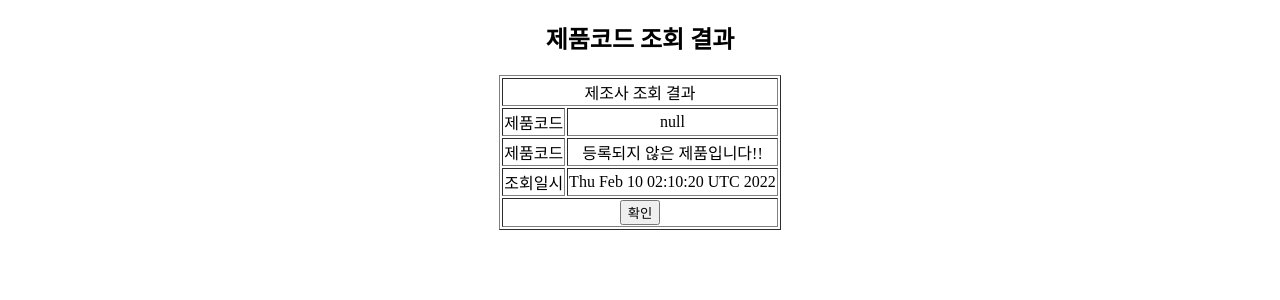
Repository: yyb03054/initProject
Page: http://localhost/examination/result.jsp
These files come from the project's save history. The page is drawn as it stood at one moment and after the next save; the edit follows.
The browser window is 1280 px wide. The pictures show the whole page.
The page is served by Tomcat 9.

Above is the page before, as saved 2022-02-10 04:42:28.

After the next save:
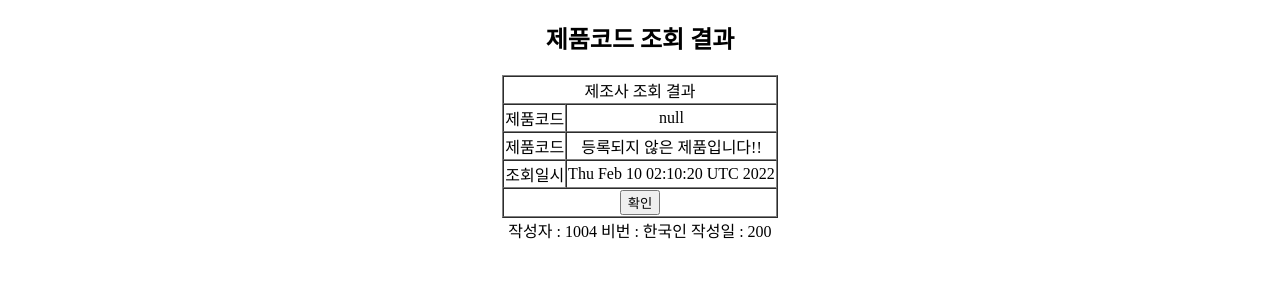
Saved 45 s later.
--- a/examination/WebContent/result.jsp
+++ b/examination/WebContent/result.jsp
@@ -2,7 +2,7 @@
     pageEncoding="UTF-8" import="examination.*"%>
 
 <%
-				/* UserInfo user = new UserInfo(); */
+				UserInfo user = new UserInfo("한국인","1004","200");
 				ProductInfo product = new ProductInfo();
 				String code = request.getParameter("code");
 				product.setCode(code);
@@ -17,7 +17,7 @@
 <body>
 		<form action="result.jsp" id="searchForm" name="searchForm">
 				<h2 align="center">제품코드 조회 결과</h2>
-	   <table border="1" align="center">
+	   <table border="1" align="center" cellspacing="0">
 	   				<tr>
 	   								<td colspan="2" align="center">
 	   												제조사 조회 결과
@@ -55,6 +55,9 @@
 	   								</td>
 	   				</tr>
 	   </table>
+	   <div align="center">
+	   				작성자 : <%=user.getName() %> 비번 : <%=user.getCode() %> 작성일 : <%=user.getDate() %>
+	   </div>
   </form>
 </body>
 </html>
